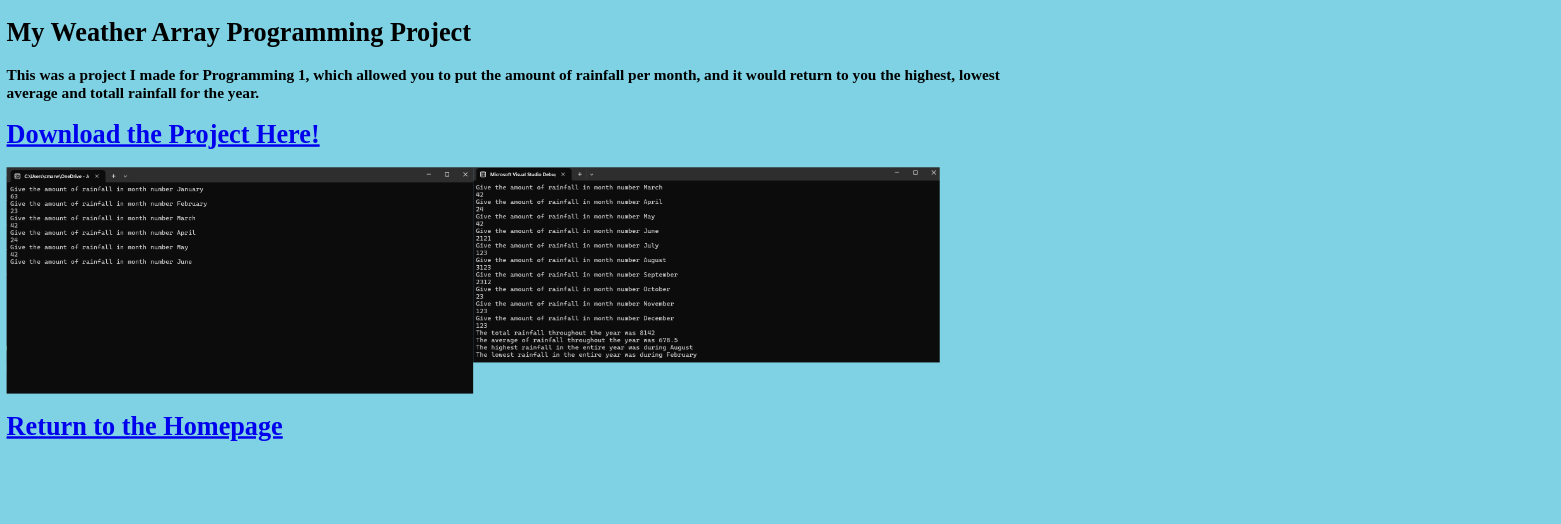
Repository: captainm64/captainm64
Page: projectshow.html
These files come from the project's save history. The page is drawn as it stood at one moment and after the next save; the edit follows.
The browser window is 1280 px wide. The page is 1904 px wide, so the pictures cover 1904 px, including what lies to the right of the window. The pictures show the whole page, at 82% of full size.

Above is the page before, as saved 2026-05-12 10:02:34.

### projectshow.html
<!DOCTYPE html>
<html>
    <head>
        <link rel = "stylesheet" href = "./styles/index.css" />
         <link rel = "stylesheet" href = "./styles/global.css" />
         <title>Project</title>
    </head>
<body>
<main>
<h1>My Weather Array Programming Project</h1>

<h3>This was a project I made for Programming 1, which allowed you to put the amount of rainfall
    per month, and it would return to you the highest, lowest average and totall rainfall for the year.
</h3>

 <a href = https://github.com/captainm64/Weather_Array.git><h1>Download the Project Here!</h1></a>


<div class = "demos">
 <img src="../../assets/images/demo1.png" alt = "Code demonstration: numbers being put in"/>

 <img src="../../assets/images/demo2.png" alt = "Code demonstration: result"/>
</div>

 <a href = index.html><h1>Return to the Homepage</h1></a>
</main>

### styles/index.css
html{
   background-color: rgb(126, 210, 227);
}


img{

   height: 55%;
   width: 45%;
}

.Me{

   display: flex;

   flex-direction: column;
}

.projtxt{

   display: flex;

   flex-direction: column;

}

.projtxt img {

   height: 100%;
   width: 100%

}

.demos{

   display: flex;

   justify-content: space-evenly;

   flex-direction: column;

}

.demos{

   height: 50rem;
   width: 80rem
}

#Main{

font-size: 30rem;
font-family: "timesnewromanbold";
color: rgb(0, 0, 0);


}


/*Tablet*/
@media (min-width: 768px) {

    img{

   height: 95%;
   width: 50%;
   }

   .Me{

   display: flex;

   flex-direction: row;
   }

.projtxt{

      display: flex;
      flex-direction: row;
      font-size: 80%

   }

   .projtxt img {

   width: 50%

  }

  .demos{

   height: 70%;
   width: 150%;


   display: flex;
   flex-direction: row
}

}

/* laptop */
@media(min-width: 1025px)
{
     img{

   height: 95%;
   width: 30%;
   }


  .Me{

   display: flex;

   flex-direction: row;
   }

   .projtxt{

          display: flex;

      flex-direction: row;

      font-size: 60%
   }


   .projtxt img {

   height: 80%

  }

  .demos{

   height: 70%;
   width: 150%;
    display: flex;
    justify-content: left;
   flex-direction: row
}

}

### styles/global.css

@font-face {

    font-family: "timesnewroman";
    src: url(/assests/fonts/timesnewroman.ttf);
}

After the next save:
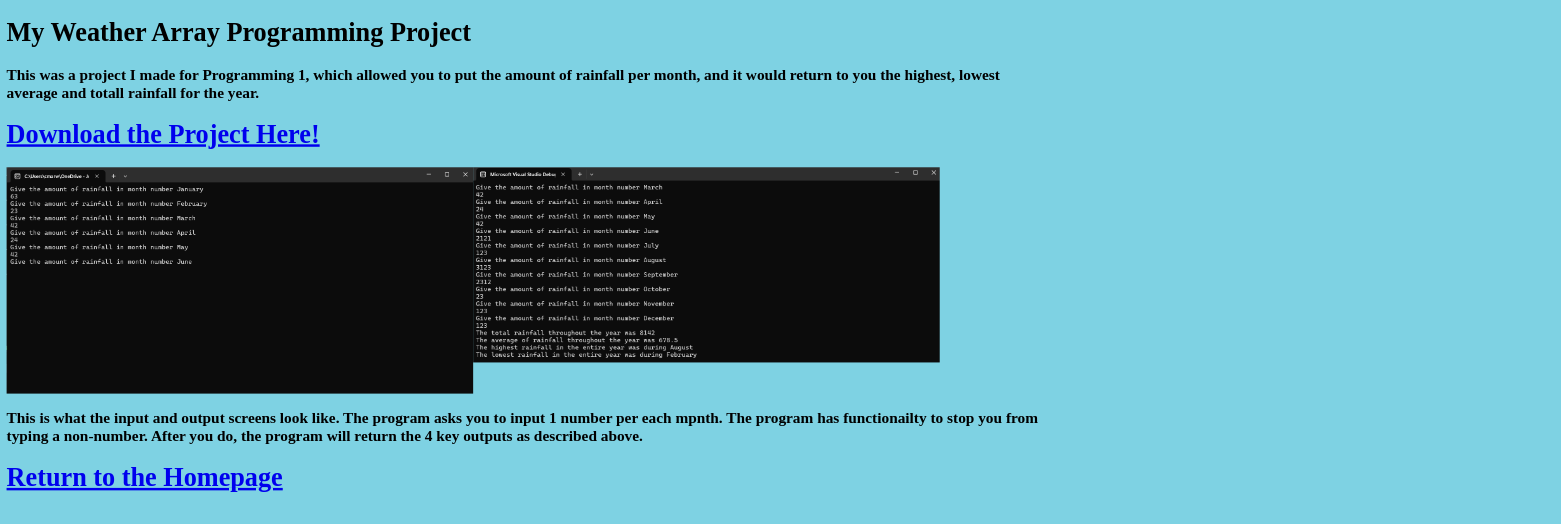
Saved 1 s later.
--- a/projectshow.html
+++ b/projectshow.html
@@ -22,5 +22,11 @@
  <img src="../../assets/images/demo2.png" alt = "Code demonstration: result"/>
 </div>
 
+<div class = "dscrib">
+
+<h3> This is what the input and output screens look like. The program asks you to input 1 number per each mpnth. The program has functionailty to stop you from typing a non-number. After you do, the program will return the 4 key outputs as described above.</h3>
+
+</div>
+
  <a href = index.html><h1>Return to the Homepage</h1></a>
 </main>
